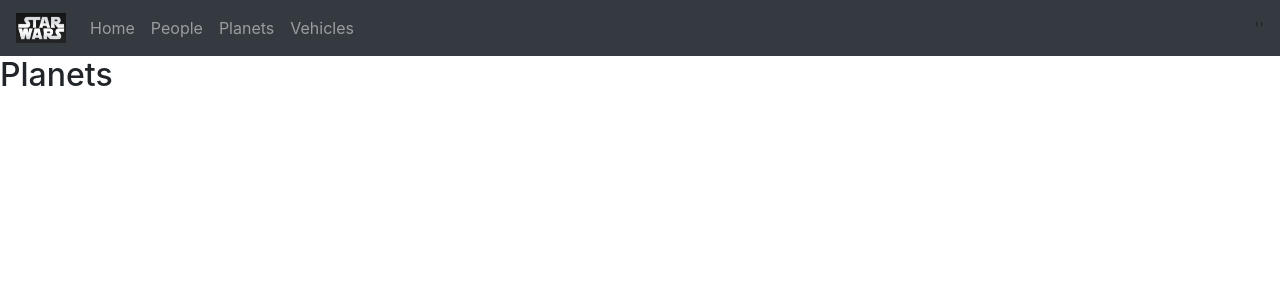
Repository: ewelinaszoda/star-wars-swapi-app
Page: /planets
These files come from the project's save history. The page is drawn as it stood at one moment and after a run of saves; the edit follows.
The browser window is 1280 px wide. The pictures show the whole page.
The page's requests for data from a server got no answer. The project was rebuilt for these pictures with package versions that can differ from the ones it lists, and the page was loaded fresh each time. No one was signed in, and anything a server would have sent is missing. Also part of the build but not shown: src/App.css, src/containers/PeopleList.js, src/pages/Home.js, src/pages/People.js, src/pages/Vehicles.js.

Above is the page before, as saved 2021-05-11 13:02:06.

### public/index.html
<!DOCTYPE html>
<html lang="en">
  <head>
    <meta charset="utf-8" />
    <link rel="icon" href="%PUBLIC_URL%/favicon.ico" />
    <meta name="viewport" content="width=device-width, initial-scale=1" />
    <meta name="theme-color" content="#000000" />
    <meta
      name="description"
      content="Web site created using create-react-app"
    />
    <link
      rel="stylesheet"
      href="https://cdn.jsdelivr.net/npm/bootstrap@4.6.0/dist/css/bootstrap.min.css"
      integrity="sha384-B0vP5xmATw1+K9KRQjQERJvTumQW0nPEzvF6L/Z6nronJ3oUOFUFpCjEUQouq2+l"
      crossorigin="anonymous"
    />
    <!-- <link rel="apple-touch-icon" href="%PUBLIC_URL%/logo192.png" /> -->
    <!--
      manifest.json provides metadata used when your web app is installed on a
      user's mobile device or desktop. See https://developers.google.com/web/fundamentals/web-app-manifest/
    -->
    <link rel="manifest" href="%PUBLIC_URL%/manifest.json" />
    <!--
      Notice the use of %PUBLIC_URL% in the tags above.
      It will be replaced with the URL of the `public` folder during the build.
      Only files inside the `public` folder can be referenced from the HTML.

      Unlike "/favicon.ico" or "favicon.ico", "%PUBLIC_URL%/favicon.ico" will
      work correctly both with client-side routing and a non-root public URL.
      Learn how to configure a non-root public URL by running `npm run build`.
    -->
    <title>React App</title>
  </head>
  <body>
    <noscript>You need to enable JavaScript to run this app.</noscript>
    <div id="root"></div>
    <!--
      This HTML file is a template.
      If you open it directly in the browser, you will see an empty page.

      You can add webfonts, meta tags, or analytics to this file.
      The build step will place the bundled scripts into the <body> tag.

      To begin the development, run `npm start` or `yarn start`.
      To create a production bundle, use `npm run build` or `yarn build`.
    -->
  </body>
</html>

### src/App.js
import React from 'react';
import API from './API';
import './App.css';
import Navigation from './components/Navigation';
import { BrowserRouter as Router, Switch, Route } from 'react-router-dom';
import Home from './pages/Home';
import People from './pages/People.js';
import Planets from './pages/Planets';
import Vehicles from './pages/Vehicles';
import Spinner from './components/Spinner';

function App() {
  const [people, setPeople] = React.useState([]);
  const [planets, setPlanets] = React.useState([]);
  const [vehicles, setVehicles] = React.useState([]);
  const [loading, setLoading] = React.useState(true);
  const [userSearch, setUserSearch] = React.useState('');

  React.useEffect(() => {
    getPeople();
    getPlanets();
    getVehicles();
    setLoading(false);
  }, []);

  const updateUserSearch = (e) => {
    setUserSearch(e.target.value);
  };

  const getPeople = () => {
    API.fetchAllPeople()
      .then((data) => setPeople(data.results))
      .catch((error) => console.error(error));
  };

  const getPlanets = () => {
    API.fetchAllPlanets()
      .then((data) => setPlanets(data.results))
      .catch((error) => console.error(error));
  };

  const getVehicles = () => {
    API.fetchAllVehicles()
      .then((data) => setVehicles(data.results))
      .catch((error) => console.error(error));
  };

  console.log('people', people);
  console.log('planets', planets);
  console.log('vehicles', vehicles);

  return (
    <>
      <Router>
        <Navigation
          updateUserSearch={updateUserSearch}
          userSearch={userSearch}
        />
        {loading ? (
          <Spinner />
        ) : (
          <Switch>
            <Route exact path="/">
              <Home people={people} userSearch={userSearch} />
            </Route>
            <Route exact path="/people">
              <People people={people} />
            </Route>
            <Route exact path="/planets">
              <Planets planets={planets} />
            </Route>
            <Route exact path="/vehicles">
              <Vehicles vehicles={vehicles} />
            </Route>
          </Switch>
        )}
      </Router>
    </>
  );
}

export default App;

### src/API.js
const BASE_URL = 'https://swapi.dev/api';

// To improve: I would refactoring the code below to one function fetchData
// with parameter data, where I will fetch(BASE_URL + `/{data}`)

const fetchAllPeople = () => {
  return fetch(BASE_URL + '/people')
    .then((res) => res.json())
    .catch((error) => console.error(error));
};

const fetchAllPlanets = () => {
  return fetch(BASE_URL + '/planets')
    .then((res) => res.json())
    .catch((error) => console.error(error));
};

const fetchAllVehicles = () => {
  return fetch(BASE_URL + '/vehicles')
    .then((res) => res.json())
    .catch((error) => console.error(error));
};
// eslint-disable-next-line
export default { fetchAllPeople, fetchAllPlanets, fetchAllVehicles };

### src/components/Navigation.js
import React from 'react';
import { Navbar, Nav, Form, FormControl, Button } from 'react-bootstrap';
import logo from '../logo.png';
// import { Link } from 'react-router-dom'
import { useLocation } from 'react-router-dom';

const Navigation = ({ userSearch, updateUserSearch }) => {
  const location = useLocation();

  const renderSearch = () => {
    if (location.pathname === '/')
      return (
        <>
          <Form inline className="mr-xs-none">
            <FormControl
              type="text"
              placeholder="Search for character..."
              className="mr-sm-2"
              onChange={(e) => updateUserSearch(e)}
              value={userSearch}
            />
            <Button variant="outline-info">Search</Button>
          </Form>
        </>
      );
    else return <>''</>;
  };

  return (
    // To improve: Search bar will disappear for small device
    <>
      <Navbar bg="dark" expand="lg" variant="dark">
        <Navbar.Brand href="/">
          <img
            alt="Star Wars logo"
            src={logo}
            width="50"
            height="30"
            className="d-inline-block align-top"
          />
        </Navbar.Brand>
        <Navbar.Toggle aria-controls="basic-navbar-nav" />
        <Navbar.Collapse id="basic-navbar-nav">
          <Nav className="mr-auto">
            <Nav.Link href="/">Home</Nav.Link>
            <Nav.Link href="/people">People</Nav.Link>
            <Nav.Link href="/planets">Planets</Nav.Link>
            <Nav.Link href="/vehicles">Vehicles</Nav.Link>
          </Nav>
        </Navbar.Collapse>
        {renderSearch()}
      </Navbar>
    </>
  );
};

export default Navigation;

### src/pages/Planets.js
import React from 'react';
import background from '../background.jpeg';

const Planets = ({ planets }) => {

  return (
    <>
        <h2>Planets</h2>
        {/* <PeopleContainer people={people} /> */}
      </>
  );
};

export default Planets;

### src/components/Spinner.js
import React from 'react';

function Spinner() {
  return (
    <div id="loading-spinner-div">
      <center>
        <img
          id="loading-spinner"
          src="https://media.giphy.com/media/ZBQhoZC0nqknSviPqT/giphy.gif"
          alt="Loading..."
          style={{margin: '20px', width:'30%', border: '1px solid black'}}
        />
      </center>
    </div>
  );
}

export default Spinner;

Loaded but not shown: src/index.js (common file); src/index.css (common file); src/reportWebVitals.js (common file)

After the next 2 saves:
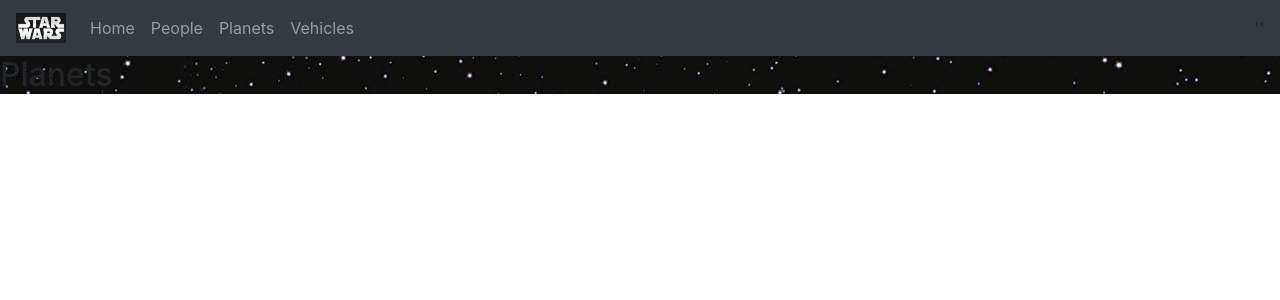
The 2 saves are shown as one change because they came seconds apart.
The last was saved 14 s later.
--- a/src/pages/Planets.js
+++ b/src/pages/Planets.js
@@ -4,10 +4,14 @@
 const Planets = ({ planets }) => {
 
   return (
-    <>
+    <div
+    style={{
+      backgroundImage: `url(${background})`,
+    }}
+  >
         <h2>Planets</h2>
         {/* <PeopleContainer people={people} /> */}
-      </>
+      </div>
   );
 };
 
